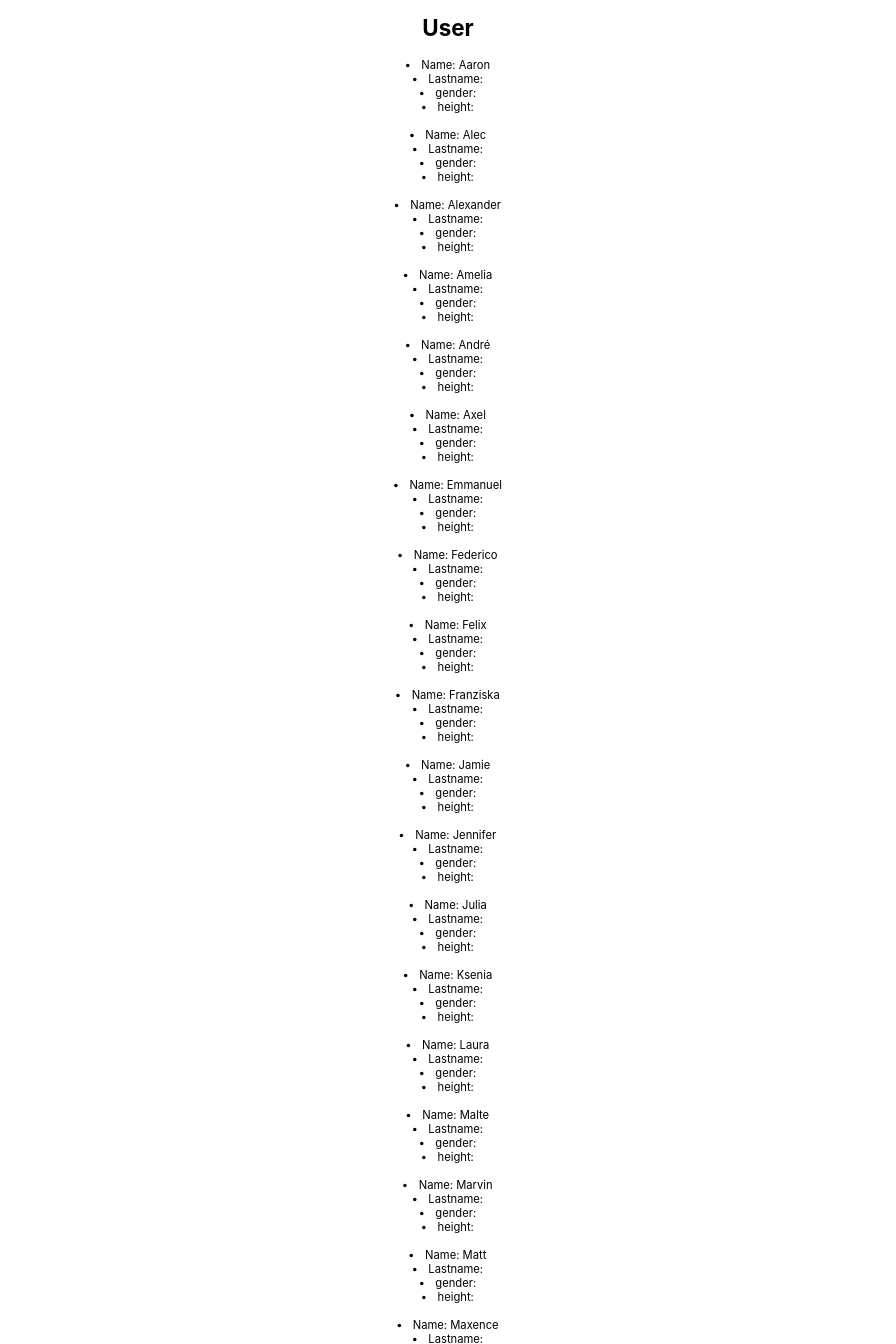
Repository: konstantin0s/iron-exercises
Page: /
These files come from the project's save history. The page is drawn as it stood at one moment and after the next save; the edit follows.
The browser window is 1280 px wide. The pictures show the part of the page from y = 0 to 1920 px (the page is 2882 px tall), at 70% of full size.
The project was rebuilt for these pictures with package versions that can differ from the ones it lists, and the page was loaded fresh each time.

Above is the page before, as saved 2019-03-11 15:36:25.

### src/App.js
import React, { Component } from 'react';
import users  from './UsersList';
import User from './User';
import './App.css';

class App extends Component {
  render() {
    console.log(users);
    return (

      // users.map((user) =>
      <div className="App">
        <h1>User</h1>

        {
    users.map(function(value,i)
    {
    return <User firstName={value.firstName} key={i}/>

    }
    )
    }

        {/* <User
           {users.firstName}
           {users.lastName}
          {users.gender}
          {users.height}
          {users.picture}
        /> */}

      </div>
    );
  }
}

export default App;

### src/UsersList.js


 import React, { Component } from 'react';

    const users  = [

      {"firstName": "Aaron", "lastName": "Newell", "country": "England", "img": "https://i.imgur.com/CFgX3Xx.png", "isStudent": false},
      {"firstName": "Alec", "lastName": "Budd", "country": "USA", "img": "http://res.cloudinary.com/djyjdargg/image/upload/v1550165485/Ironclass/IH_Jan1950.jpg.jpg", "isStudent": true},
      {"firstName": "Alexander", "lastName": "Burdett", "country": "England", "img": "http://res.cloudinary.com/djyjdargg/image/upload/v1550166990/Ironclass/alexander.jpeg.jpg", "isStudent": true},
      {"firstName": "Amelia", "lastName": "Chorng Ua", "country": "Malaysia", "img": "http://res.cloudinary.com/djyjdargg/image/upload/v1550168765/Ironclass/IH_Jan1952.jpg.jpg", "isStudent": true},
      {"firstName": "André", "lastName": "Sebastian", "country": "Germany", "img": "http://res.cloudinary.com/djyjdargg/image/upload/v1550164358/Ironclass/IH_Jan1928.jpg.jpg", "isStudent": true},
      {"firstName": "Axel", "lastName": "Dahlin", "country": "Sweden", "img": "https://i.imgur.com/V8bB1SMb.jpg", "isStudent": false},
      {"firstName": "Emmanuel", "lastName": "Iyere", "country": "Nigeria", "img": "http://res.cloudinary.com/djyjdargg/image/upload/v1550166409/Ironclass/IH_Jan1933.jpg.jpg", "isStudent": true},
      {"firstName": "Federico", "lastName": "Cassettai", "country": "Italy", "img": "http://res.cloudinary.com/djyjdargg/image/upload/v1550165453/Ironclass/IH_Jan1942.jpg.jpg", "isStudent": true},
      {"firstName": "Felix", "lastName": "Grosser", "country": "Germany", "img": "http://res.cloudinary.com/djyjdargg/image/upload/v1550167284/Ironclass/IH_Jan1939.jpg.jpg", "isStudent": true},
      {"firstName": "Franziska", "lastName": "Bath", "country": "Germany", "img": "http://res.cloudinary.com/djyjdargg/image/upload/v1550165033/Ironclass/IH_Jan1934.jpg.jpg", "isStudent": true},
      {"firstName": "Jamie", "lastName": "Egan", "country": "Scotland", "img": "http://res.cloudinary.com/djyjdargg/image/upload/v1550167356/Ironclass/IH_Jan1947.jpg.jpg", "isStudent": true},
      {"firstName": "Jennifer", "lastName": "Roberts", "country": "England", "img": "http://res.cloudinary.com/djyjdargg/image/upload/v1550167383/Ironclass/IH_Jan1943.jpg.jpg", "isStudent": true},
      {"firstName": "Julia", "lastName": "Miller", "country": "Kazakhstan", "img": "http://res.cloudinary.com/djyjdargg/image/upload/v1550165074/Ironclass/IH_Jan1937.jpg.jpg", "isStudent": true},
      {"firstName": "Ksenia", "lastName": "Danniker", "country": "Russia", "img": "http://res.cloudinary.com/djyjdargg/image/upload/v1550165850/Ironclass/IH_Jan1945.jpg.jpg", "isStudent": true},
      {"firstName": "Laura", "lastName": "Puyol Rigol", "country": "Catalonia", "img": "http://res.cloudinary.com/djyjdargg/image/upload/v1550165798/Ironclass/IH_Jan1946.jpg.jpg", "isStudent": true},
      {"firstName": "Malte", "lastName": "Felmy", "country": "Germany", "img": "http://res.cloudinary.com/djyjdargg/image/upload/v1550164955/Ironclass/IH_Jan1932.jpg.jpg", "isStudent": true},
      {"firstName": "Marvin", "lastName": "Artioli", "country": "Italy", "img": "http://res.cloudinary.com/djyjdargg/image/upload/v1550167631/Ironclass/IH_Jan1953.jpg.jpg", "isStudent": true},
      {"firstName": "Matt", "lastName": "Harrison", "country": "USA", "img": "http://res.cloudinary.com/djyjdargg/image/upload/v1550166114/Ironclass/IH_Jan1949.jpg.jpg", "isStudent": true},
      {"firstName": "Maxence", "lastName": "Bouret", "country": "France", "img": "https://i.imgur.com/8P2xl9sb.jpg", "isStudent": false},
      {"firstName": "Min", "lastName": "Sheng", "country": "Malaysia", "img": "http://res.cloudinary.com/djyjdargg/image/upload/v1550167221/Ironclass/IH_Jan1951.jpg.jpg", "isStudent": true},
      {"firstName": "Moritz", "lastName": "Opitz", "country": "Germany", "img": "http://res.cloudinary.com/djyjdargg/image/upload/v1550167694/Ironclass/IH_Jan1941.jpg.jpg", "isStudent": true},
      {"firstName": "Na'aman", "lastName": "Hirschfeld", "country": "Israel", "img": "http://res.cloudinary.com/djyjdargg/image/upload/v1550166075/Ironclass/IH_Jan1936.jpg.jpg", "isStudent": true},
      {"firstName": "Pedro", "lastName": "Arantes", "country": "Brazil", "img": "http://res.cloudinary.com/djyjdargg/image/upload/v1550167744/Ironclass/IH_Jan1929.jpg.jpg", "isStudent": true},
      {"firstName": "Petter", "lastName": "Astedt", "country": "Sweden", "img": "http://res.cloudinary.com/djyjdargg/image/upload/v1550167875/Ironclass/IH_Jan1948.jpg.jpg", "isStudent": true},
      {"firstName": "Ruby", "lastName": "Lai", "country": "Taiwan", "img": "http://res.cloudinary.com/djyjdargg/image/upload/v1550167904/Ironclass/IH_Jan1944.jpg.jpg", "isStudent": true},
      {"firstName": "Sinan", "lastName": "Taylan", "country": "Turkey", "img": "http://res.cloudinary.com/djyjdargg/image/upload/v1550167937/Ironclass/IH_Jan1940.jpg.jpg", "isStudent": true},
      {"firstName": "Svenja", "lastName": "Weiler", "country": "Germany", "img": "http://res.cloudinary.com/djyjdargg/image/upload/v1550167977/Ironclass/IH_Jan1938.jpg.jpg", "isStudent": true},
      {"firstName": "Thor", "lastName": "Flesjo", "country": "Norway", "img": "https://i.imgur.com/O5x4RPrb.jpg", "isStudent": false}
    ]



export default users;

### src/User.js
import React, { Component } from 'react';


class User extends React.Component {
  render() {
    return (
      <div className="User">
      <li>Name: {this.props.firstName}</li>
      <li>Lastname: {this.props.lastName}</li>
      <li>gender: {this.props.gender}</li>
      <li>height: {this.props.height}</li>
       <img src={this.props.picture}></img>
      </div>
    )
  }
}



export default User;

Loaded but not shown: public/index.html (common file); src/index.js (common file); src/index.css (common file); src/serviceWorker.js (common file); src/App.css (common file)

After the next save:
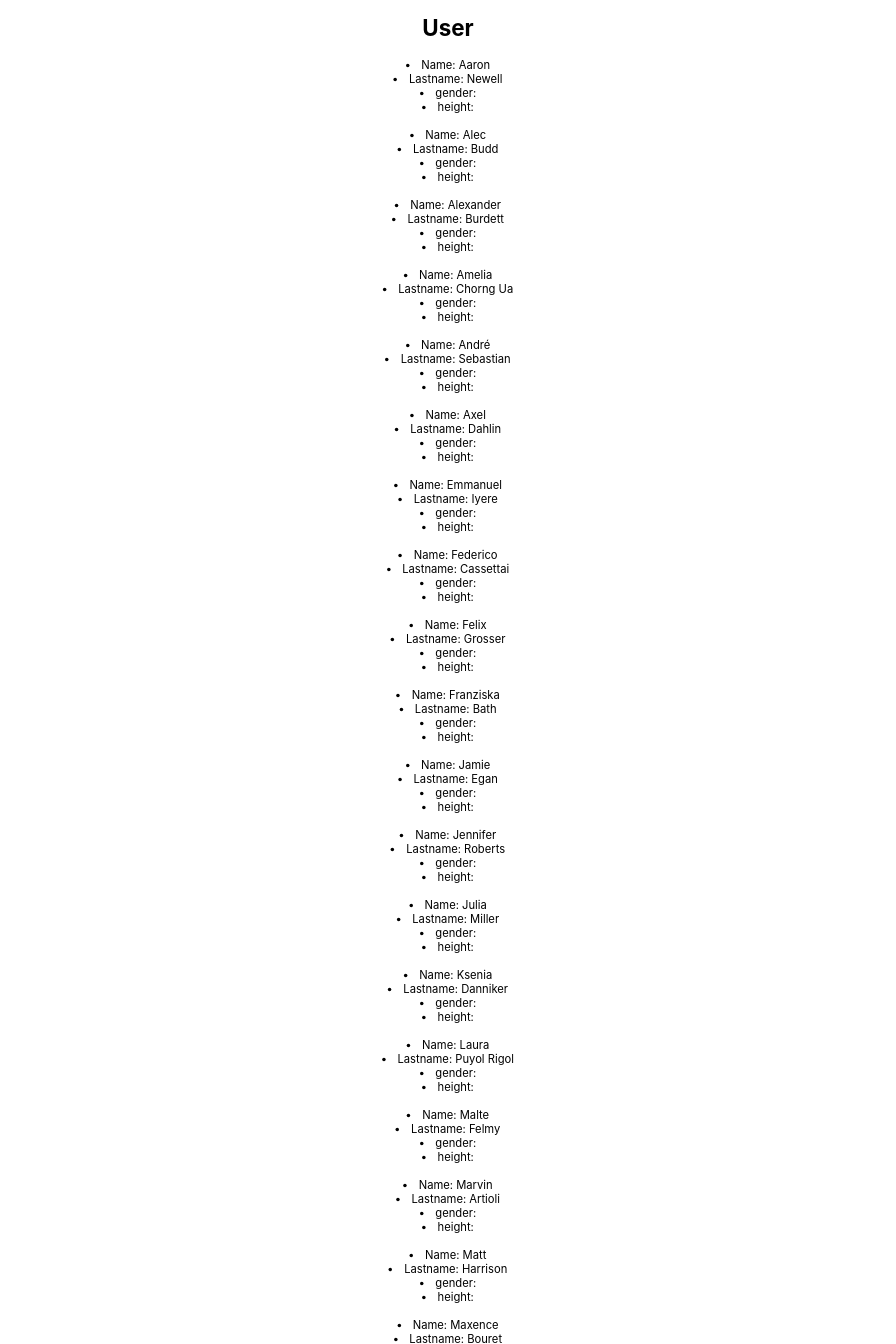
Saved 2 min 30 s later.
--- a/src/App.js
+++ b/src/App.js
@@ -15,7 +15,12 @@ class App extends Component {
         {
     users.map(function(value,i)
     {
-    return <User firstName={value.firstName} key={i}/>
+    return <User firstName={value.firstName} key={i}
+                  lastName={value.lastName}
+                   gender={value.gender}
+                   height={value.height}
+                   picture={value.picture}
+    />
 
     }
     )
